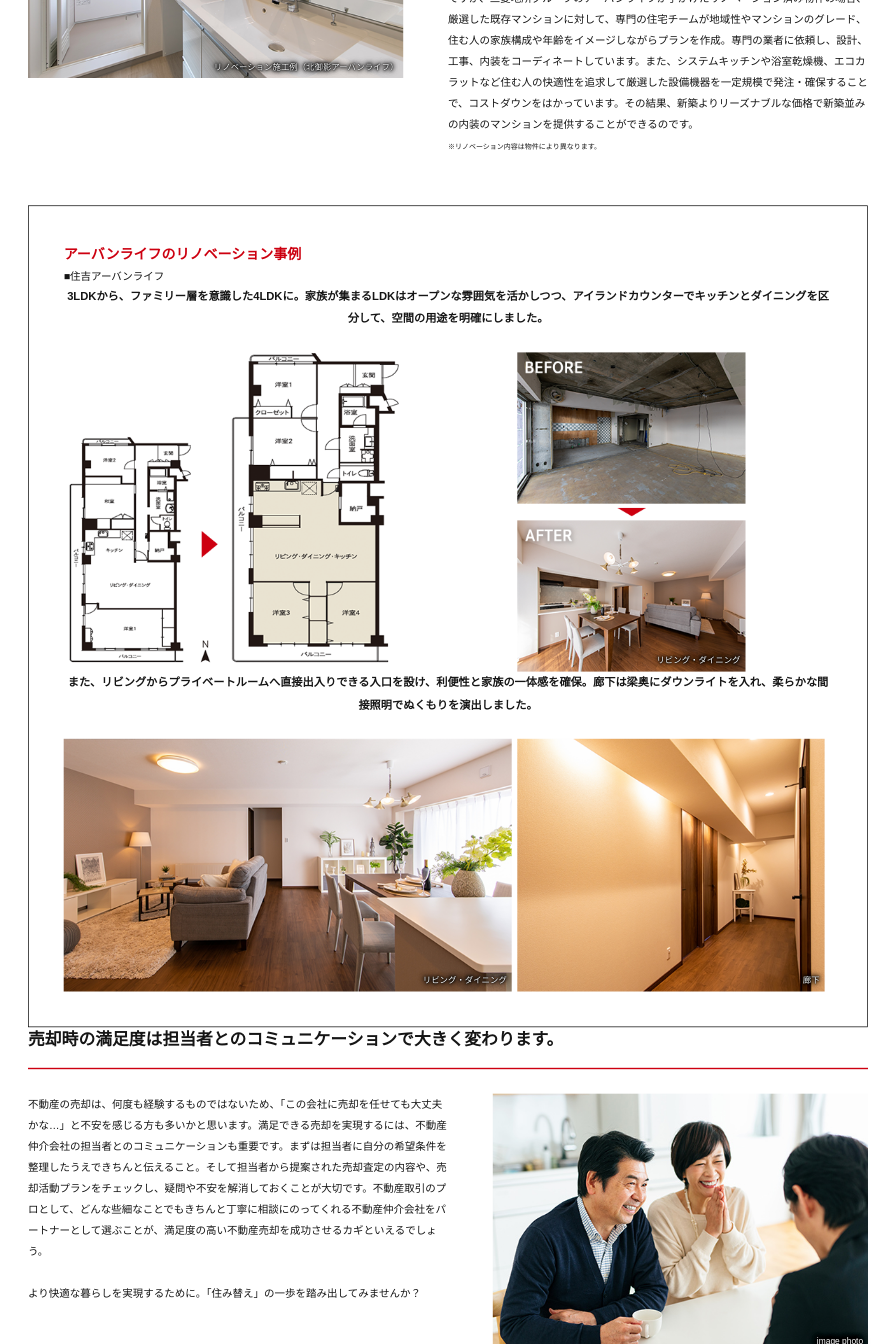
Repository: duongspm/group-kansai_new-data
Page: group-kansai_new/pickup/column07.html
The author's editor kept a copy of each file at every save. The page is drawn from the files as they stood at one save, then again after the next save.
The browser window is 1280 px wide. The pictures show the part of the page from y = 2008 to 3928 px (the page is 4746 px tall), at 70% of full size.

Above is the page before, as saved 2023-06-30 15:38:18.

After the next save:
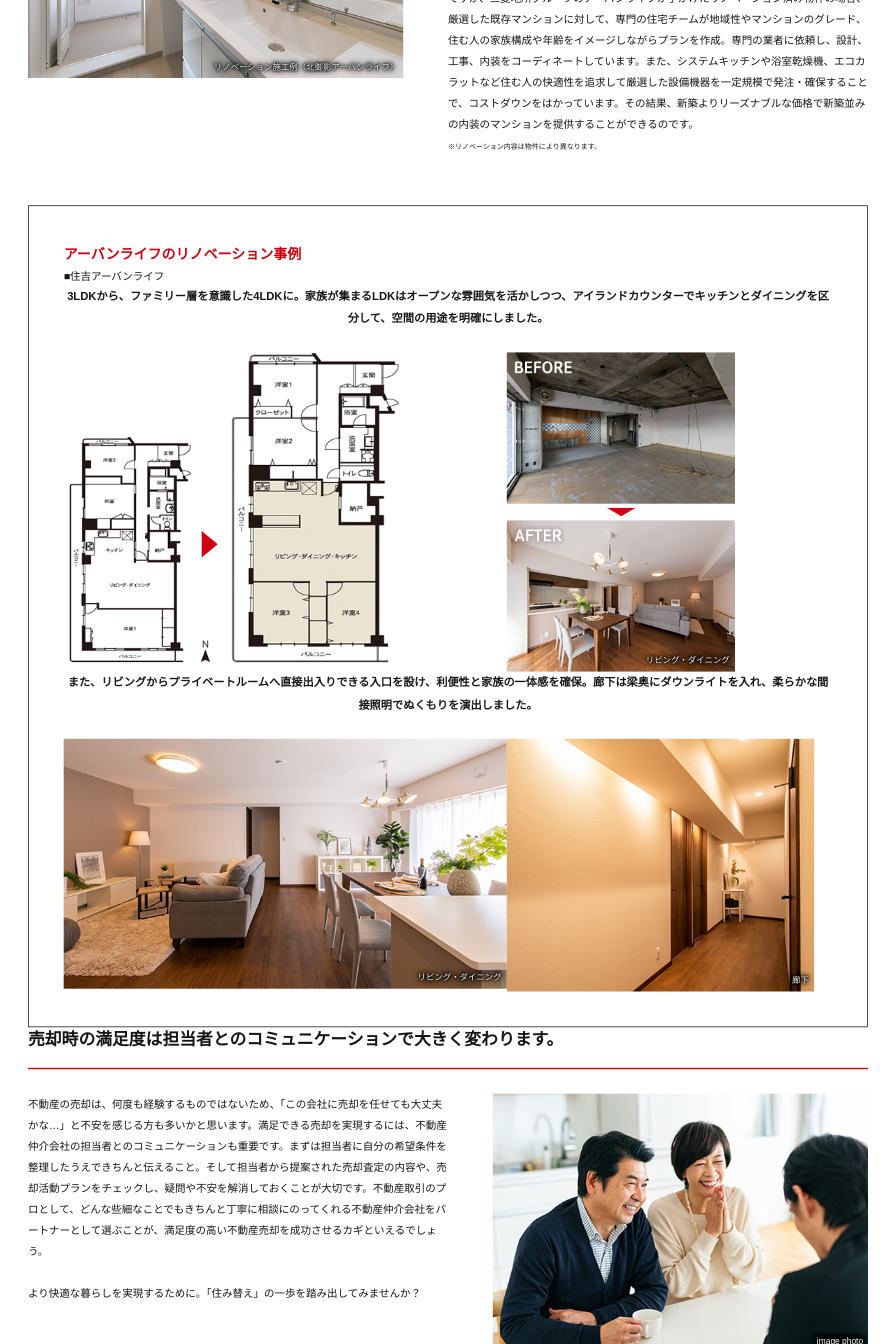
Saved 5 s later.
--- a/group-kansai_new/pickup/css/column.css
+++ b/group-kansai_new/pickup/css/column.css
@@ -202,7 +202,7 @@
     width: 65.9%;
 }
 .column07__box .flex .flex__right{
-    width: 45.8%;
+    width: 48.5%;
 }
 .box__img{
     width: fit-content;
